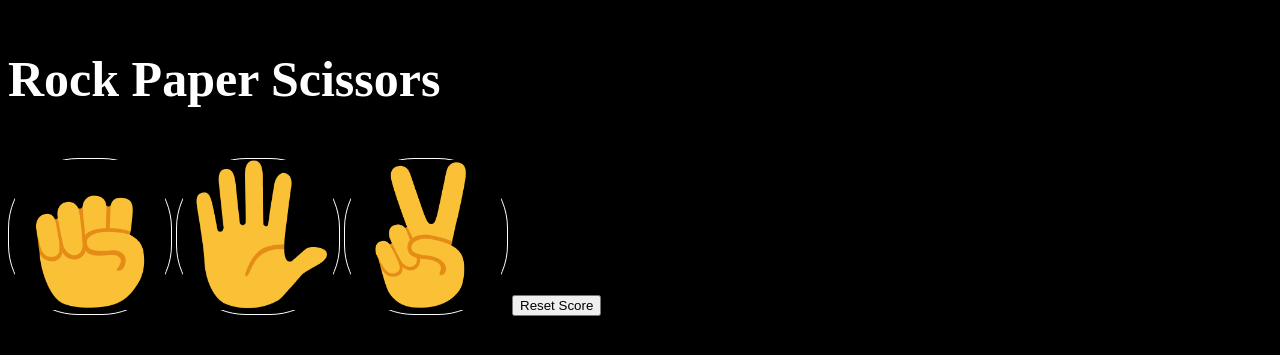
Repository: pgyunknown/Rock_paper_scissors-
Page: index.html
These files come from the project's save history. The page is drawn as it stood at one moment and after the next save; the edit follows.
The browser window is 1280 px wide. The pictures show the whole page.

Above is the page before, as saved 2024-08-30 17:06:29.

After the next save:
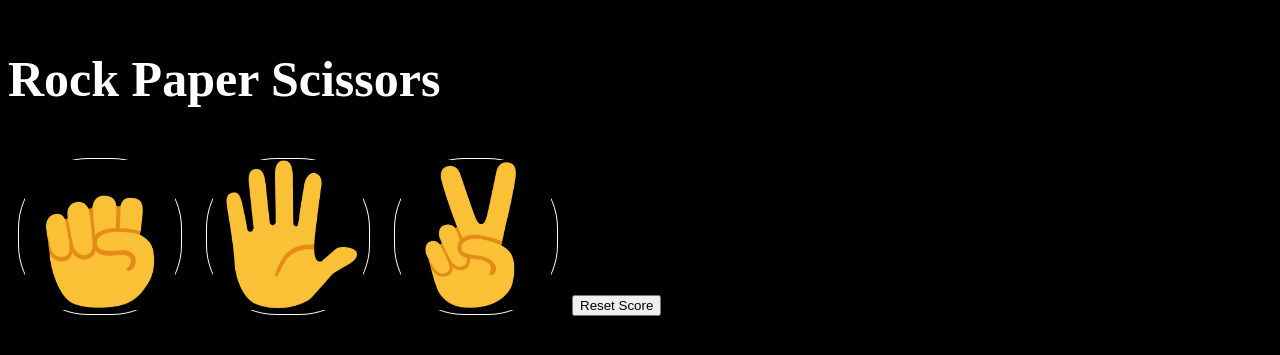
Saved 9 s later.
--- a/index.css
+++ b/index.css
@@ -18,5 +18,5 @@ button img{
   background-color: black;
     border: 1px solid white;
   border-radius: 70px;
-  margin: o;
+  margin: 0px 10px 0px 10px;
 }
